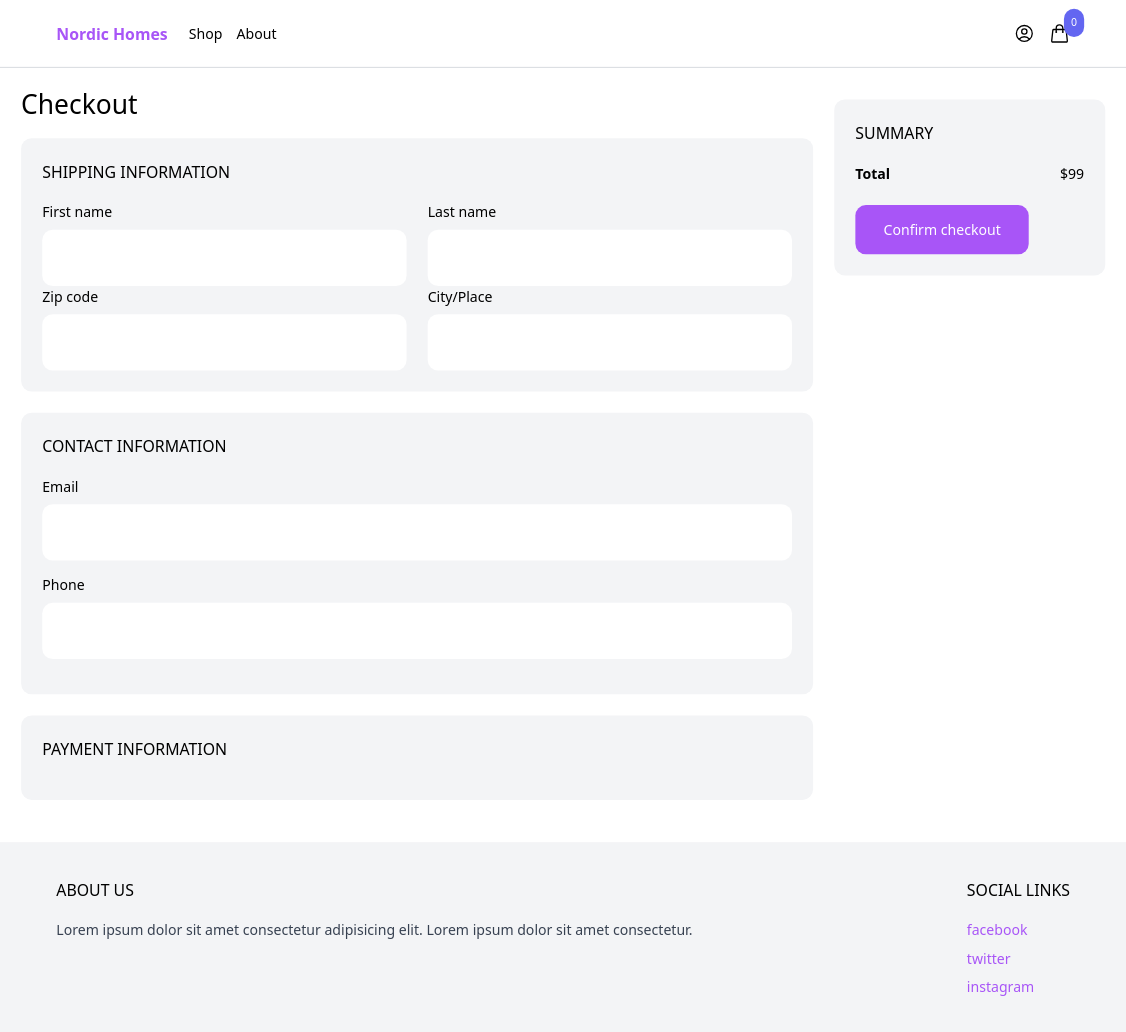
Repository: Calin224/NordicHomes
Page: cart/templates/cart/checkout.html
An editor plug-in stored every save of this project. The page is shown before and after the next save, followed by the edit.
The browser window is 1280 px wide. The pictures show the whole page, at 88% of full size.
Some web libraries are served in a nearby version. The template is drawn by Django 4.2. The application's start-up code is not run. Other server files are loaded and not shown. The template is opened directly, without the code that normally fills it, so the values that code supplies are empty.

Above is the page before, as saved 2023-02-16 21:07:13.

### cart/templates/cart/checkout.html
{% extends 'core/base.html' %}

{% block content %}

<div class="max-2-6xl mx-auto flex flex-wrap items-start py-6 px-6 ">
    <div class="products w-full lg:w-3/4">
        <h1 class="mb-5 text-3xl">Checkout</h1>

        <div class="w-full pr-6">
            <div class="mb-6 p-6 bg-gray-100 rounded-xl">
                <h2 class="mb-5 uppercase text-lg">Shipping information</h2>

                <div class="flex space-x-6">
                    <div class="w-1/2">
                        <label for="" class="inline-block mb-2">First name</label>
                        <input type="text" class="w-full p-5 rounded-xl">
                    </div>
                    <div class="w-1/2">
                        <label for="" class="inline-block mb-2">Last name</label>
                        <input type="text" class="w-full p-5 rounded-xl">
                    </div>
                </div>

                <div class="flex space-x-6">
                    <div class="w-1/2">
                        <label for="" class="inline-block mb-2">Zip code</label>
                        <input type="text" class="w-full p-5 rounded-xl">
                    </div>
                    <div class="w-1/2">
                        <label for="" class="inline-block mb-2">City/Place</label>
                        <input type="text" class="w-full p-5 rounded-xl">
                    </div>
                </div>
            </div>

            <div class="mb-6 p-6 bg-gray-100 rounded-xl">
                <h2 class="mb-5 uppercase text-lg">Contact information</h2>

                <div class="mb-4">
                    <label for="" class="inline-block mb-2">Email</label>
                    <input type="email" class="w-full p-5 rounded-xl">
                </div>

                <div class="mb-4">
                    <label for="" class="inline-block mb-2">Phone</label>
                    <input type="phone" class="w-full p-5 rounded-xl">
                </div>
            </div>

            <div class="mb-6 p-6 bg-gray-100 rounded-xl">
                <h2 class="mb-5 uppercase text-lg">Payment information</h2>
            </div>
        </div>
    </div>

    <div class="summary w-full lg:w-1/4 p-6 bg-gray-100 rounded-xl mt-3">
        <h2 class="uppercase text-lg mb-5">Summary</h2>

        <div class="mb-6 flex justify-between">
            <span class="font-semibold">Total</span>
            <span>$99</span>
        </div>

        <a href="#" class="inline-block px-8 py-4 rounded-xl bg-purple-500 hover:bg-purple-700 text-white">Confirm checkout</a>
    </div>
</div>

{% endblock %}

### core/templates/core/base.html
<!DOCTYPE html>
<html lang="en">

<head>
    <meta charset="UTF-8">
    <meta name="viewport" content="width=device-width, initial-scale=1.0">
    <script src="https://cdn.tailwindcss.com"></script>
</head>

<body>
    <nav class="border-b border-gray-300">
        <div class="max-w-6xl mx-auto py-2 px-6 xl:px-0 flex items-center justify-between">
            <div class="menu-left flex items-center space-x-6">
                <a href="{% url 'frontpage' %}" class="py-4 text-lg text-purple-500 font-semibold">Nordic Homes</a>

                <ul class="flex items-center space-x-4">
                    <li><a href="{% url 'shop' %}">Shop</a></li>
                    <li><a href="#">About</a></li>


                    {% if request.user.is_authenticated %}
                        <li><a href="{% url 'logout' %}" class="px-4 py-2 bg-purple-500 hover:bg-purple-700 text-white rounded-lg">Logout</a></li>
                    {% endif %}

                </ul>
            </div>

            <div class="menu-right flex items-center space-x-4">
                <a href="#">
                    <svg xmlns="http://www.w3.org/2000/svg" fill="none" viewBox="0 0 24 24" stroke-width="1.5"
                        stroke="currentColor" class="w-6 h-6">
                        <path stroke-linecap="round" stroke-linejoin="round"
                            d="M17.982 18.725A7.488 7.488 0 0012 15.75a7.488 7.488 0 00-5.982 2.975m11.963 0a9 9 0 10-11.963 0m11.963 0A8.966 8.966 0 0112 21a8.966 8.966 0 01-5.982-2.275M15 9.75a3 3 0 11-6 0 3 3 0 016 0z" />
                    </svg>

                </a>

                {% include 'cart/menu_cart.html' %}
            </div>
        </div>
    </nav>

    <main>
        {% block content %}{% endblock content %}
    </main>

    <footer class="bg-gray-100">
        <div class="max-w-6xl mx-auto py-10 px-6 xl:px-0 md:flex justify-between">
            <div class="footer-left mb-12 md:mb-0">
                <h2 class="mb-5 uppercase text-lg">about us</h2>
                <p class="text-gray-700">Lorem ipsum dolor sit amet consectetur adipisicing elit. Lorem ipsum dolor sit
                    amet consectetur.</p>
            </div>

            <div class="footer-right">
                <h2 class="mb-5 uppercase text-lg">social links</h2>
                <ul class="space-y-2">
                    <li><a href="#" class="text-purple-500 hover:text-purple-800">facebook</a></li>
                    <li><a href="#" class="text-purple-500 hover:text-purple-800">twitter</a></li>
                    <li><a href="#" class="text-purple-500 hover:text-purple-800">instagram</a></li>
                </ul>
            </div>
        </div>
    </footer>

    <script src="https://unpkg.com/htmx.org@1.8.5"></script>
</body>

</html>

### cart/templates/cart/menu_cart.html
<a href="#" id="menu-cart-button" class="relative">
    <svg xmlns="http://www.w3.org/2000/svg" fill="none" viewBox="0 0 24 24" stroke-width="1.5"
        stroke="currentColor" class="w-6 h-6">
        <path stroke-linecap="round" stroke-linejoin="round"
            d="M15.75 10.5V6a3.75 3.75 0 10-7.5 0v4.5m11.356-1.993l1.263 12c.07.665-.45 1.243-1.119 1.243H4.25a1.125 1.125 0 01-1.12-1.243l1.264-12A1.125 1.125 0 015.513 7.5h12.974c.576 0 1.059.435 1.119 1.007zM8.625 10.5a.375.375 0 11-.75 0 .375.375 0 01.75 0zm7.5 0a.375.375 0 11-.75 0 .375.375 0 01.75 0z" />
    </svg>
    <span class="p-2 absolute -top-4 -right-4 bg-indigo-500 text-white text-xs rounded-full">{{cart|length}}</span>
</a>

After the next save:
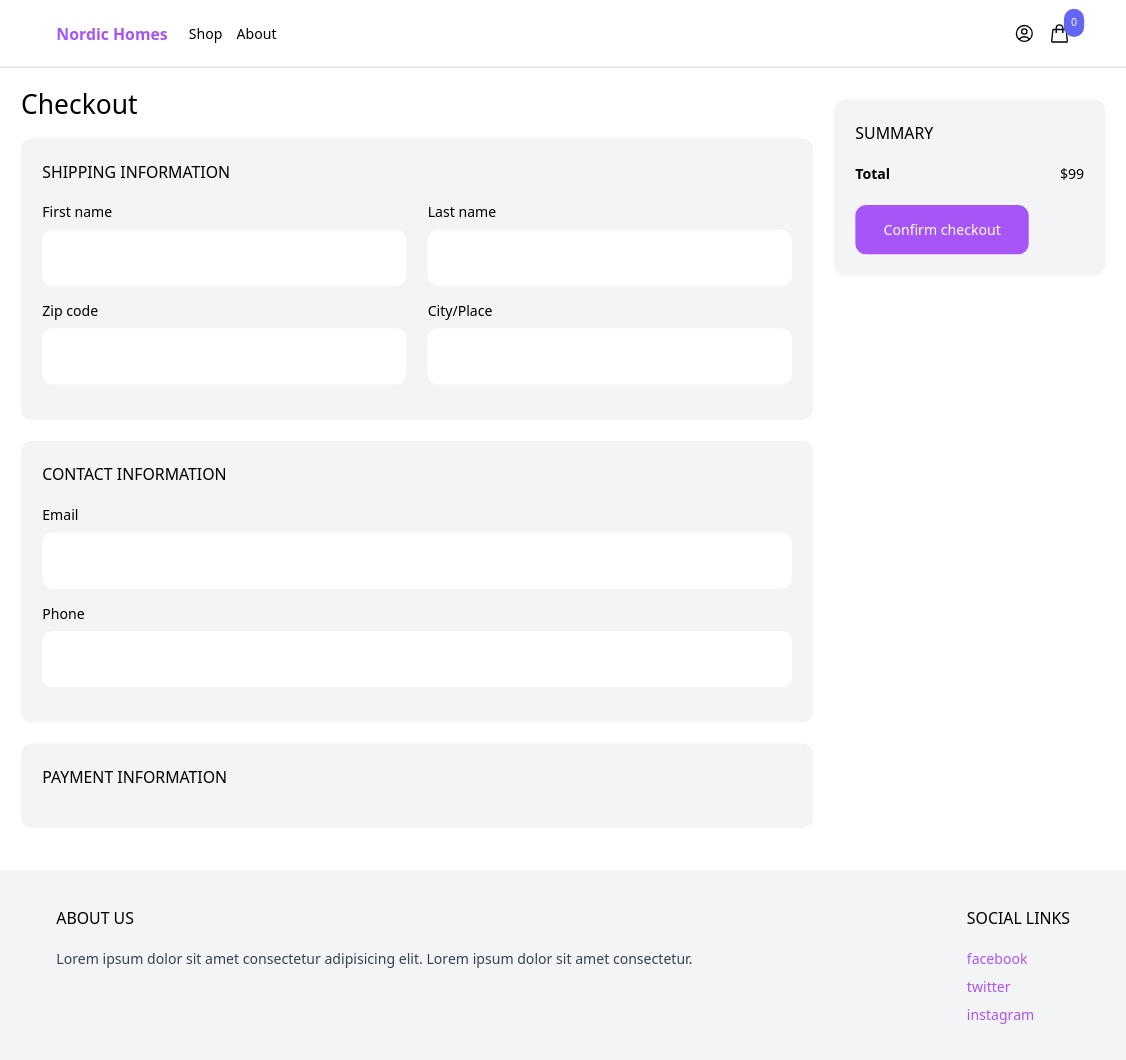
Saved 22 s later.
--- a/cart/templates/cart/checkout.html
+++ b/cart/templates/cart/checkout.html
@@ -11,22 +11,22 @@
                 <h2 class="mb-5 uppercase text-lg">Shipping information</h2>
 
                 <div class="flex space-x-6">
-                    <div class="w-1/2">
+                    <div class="w-1/2 mb-4">
                         <label for="" class="inline-block mb-2">First name</label>
                         <input type="text" class="w-full p-5 rounded-xl">
                     </div>
-                    <div class="w-1/2">
+                    <div class="w-1/2 mb-4">
                         <label for="" class="inline-block mb-2">Last name</label>
                         <input type="text" class="w-full p-5 rounded-xl">
                     </div>
                 </div>
 
                 <div class="flex space-x-6">
-                    <div class="w-1/2">
+                    <div class="w-1/2 mb-4">
                         <label for="" class="inline-block mb-2">Zip code</label>
                         <input type="text" class="w-full p-5 rounded-xl">
                     </div>
-                    <div class="w-1/2">
+                    <div class="w-1/2 mb-4">
                         <label for="" class="inline-block mb-2">City/Place</label>
                         <input type="text" class="w-full p-5 rounded-xl">
                     </div>
